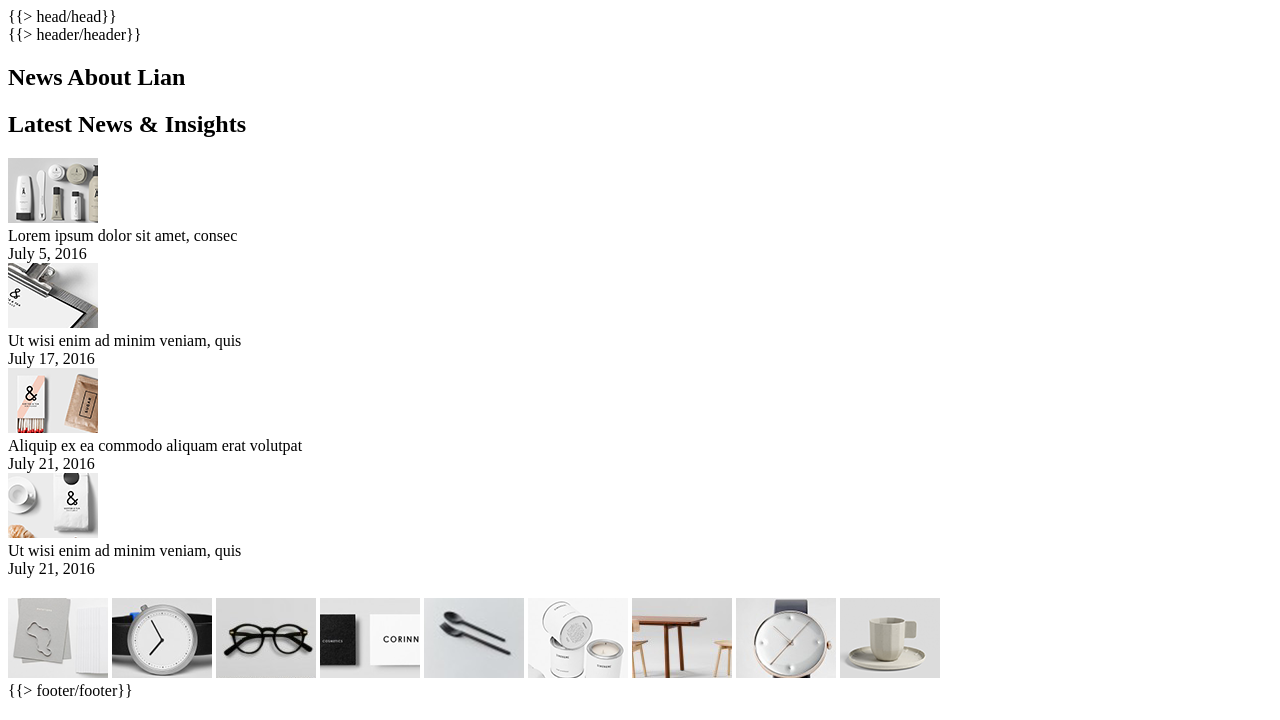
Repository: nataliiasaltan/Lian
Page: src/blog.html
These files come from the project's save history. The page is drawn as it stood at one moment and after the next save; the edit follows.
The browser window is 1280 px wide. The pictures show the whole page.

Above is the page before, as saved 2020-05-23 13:11:55.

### src/blog.html
<!DOCTYPE html>
<html lang="en">
<title>lian</title>

<head>
    {{> head/head}}
</head>

<body>
    <div class="wrapper">
        {{> header/header}}
        <main>
            <section class="blog">
                <div class="banner">
                    <div class="top"></div>
                    <div class="banner__head" style="background-image: url(images/heading4.png);">
                    </div>
                    <div class="banner__inner">
                        <h1 class="banner__title">News About Lian</h1>
                        <h2 class="banner__content">Latest News & Insights</h2>
                    </div>
                </div>
                <div class="blog__container">
                    <div class="blog__main">
                        <div class="blog__inner">
                            <div class="blog__post"></div>
                            <div class="blog__post"></div>
                            <div class="blog__post"></div>
                        </div>
                        <div class="blog__inner">
                            <div class="blog__post"></div>
                            <div class="blog__post"></div>
                            <div class="blog__post"></div>
                        </div>
                    </div>
                    <div class="blog__aside">
                        <div class="search-form"></div>
                        <div class="aside__wrapper">
                            <h2 class="aside__head"></h2>
                            <div class="aside__inner">
                                <div class="aside__post">
                                    <div class="aside__img">
                                        <a href="#"><img src="images/asidePost1.png" alt=""></a>
                                    </div>
                                    <div class="aside__holder">
                                        <div class="aside__text">Lorem ipsum dolor sit amet, consec</div>
                                        <div class="aside__time" datetime="2017-07-05T18:18">July 5, 2016</div>
                                    </div>
                                </div>
                                <div class="aside__post">
                                    <div class="aside__img">
                                        <a href="#"><img src="images/asidePost2.png" alt=""></a>
                                    </div>
                                    <div class="aside__holder">
                                        <div class="aside__text">Ut wisi enim ad minim veniam, quis</div>
                                        <div class="aside__time" datetime="2017-07-17T18:18">July 17, 2016</div>
                                    </div>
                                </div>
                                <div class="aside__post">
                                    <div class="aside__img">
                                        <a href="#"><img src="images/asidePost3.png" alt=""></a>
                                    </div>
                                    <div class="aside__holder">
                                        <div class="aside__text">Aliquip ex ea commodo aliquam erat volutpat</div>
                                        <div class="aside__time" datetime="2017-07-21T18:18">July 21, 2016</div>
                                    </div>
                                </div>
                                <div class="aside__post">
                                    <div class="aside__img">
                                        <a href="#"><img src="images/asidePost4.png" alt=""></a>
                                    </div>
                                    <div class="aside__holder">
                                        <div class="aside__text">Ut wisi enim ad minim veniam, quis</div>
                                        <div class="aside__time" datetime="2017-07-17T18:18">July 21, 2016</div>
                                    </div>
                                </div>
                            </div>
                        </div>
                        <div class="aside__wrapper">
                            <h2 class="aside__head"></h2>

                        </div>
                        <div class="aside__wrapper">
                            <h2 class="aside__head"></h2>
                            <div class="aside__instagram">
                                <img src="images/asideInstagram1.png" alt="" class="instagram__img">
                                <img src="images/asideInstagram2.png" alt="" class="instagram__img">
                                <img src="images/asideInstagram3.png" alt="" class="instagram__img">
                                <img src="images/asideInstagram4.png" alt="" class="instagram__img">
                                <img src="images/asideInstagram5.png" alt="" class="instagram__img">
                                <img src="images/asideInstagram6.png" alt="" class="instagram__img">
                                <img src="images/asideInstagram7.png" alt="" class="instagram__img">
                                <img src="images/asideInstagram8.png" alt="" class="instagram__img">
                                <img src="images/asideInstagram9.png" alt="" class="instagram__img">
                            </div>
                        </div>
                    </div>
                </div>
            </section>
        </main>
        {{> footer/footer}}
    </div>
</body>

</html>

After the next save:
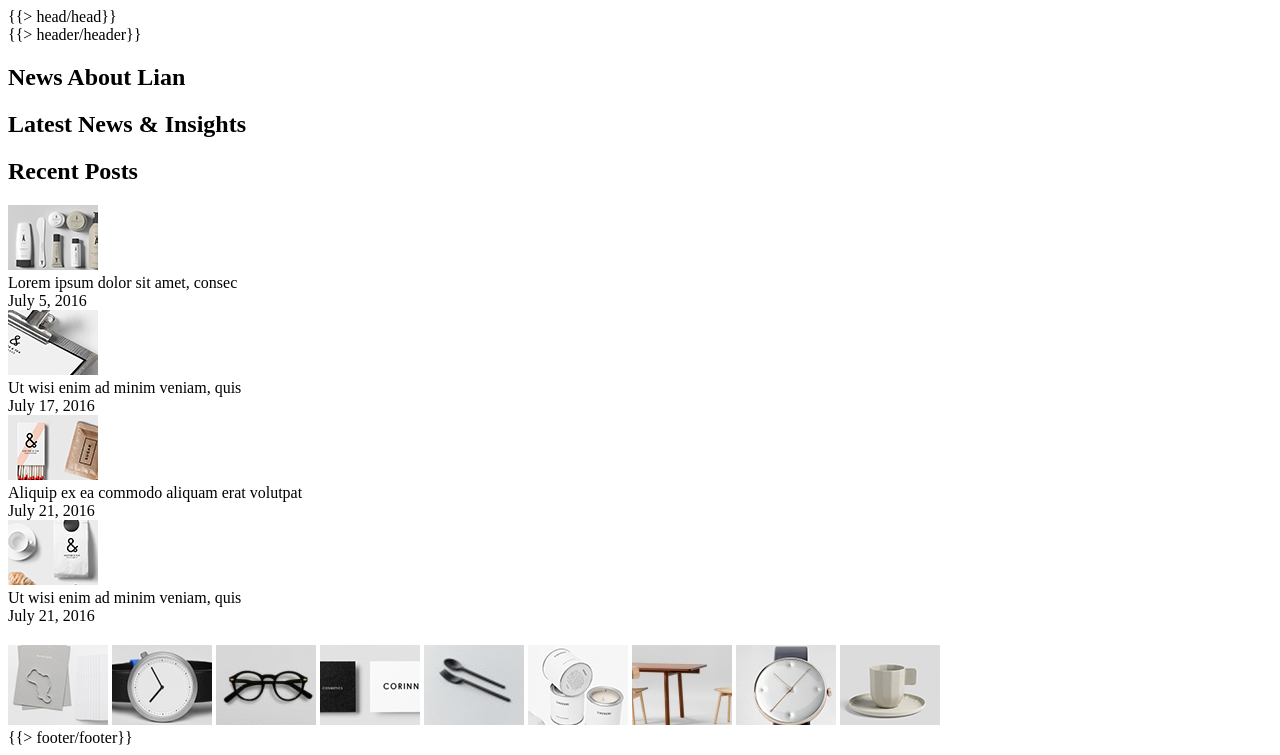
Saved 48 s later.
--- a/src/blog.html
+++ b/src/blog.html
@@ -36,7 +36,7 @@
                     <div class="blog__aside">
                         <div class="search-form"></div>
                         <div class="aside__wrapper">
-                            <h2 class="aside__head"></h2>
+                            <h2 class="aside__head">Recent Posts</h2>
                             <div class="aside__inner">
                                 <div class="aside__post">
                                     <div class="aside__img">
